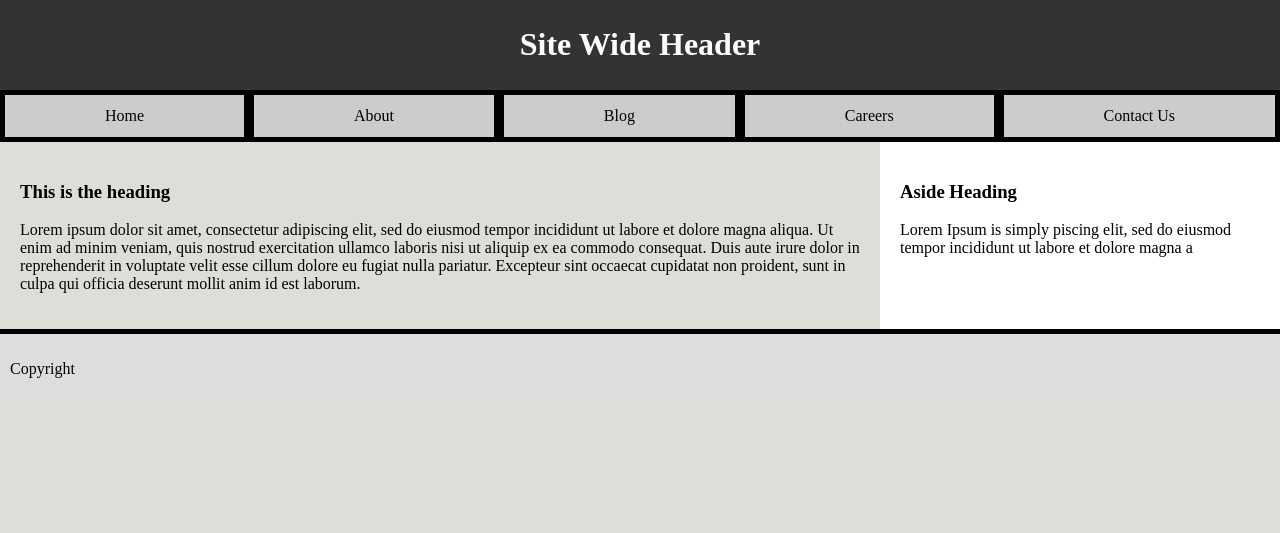
Repository: ayeza-baseer/AssignmentFlexbox
Page: assignment.html
An editor plug-in stored every save of this project. The page is shown before and after the next save, followed by the edit.
The browser window is 1280 px wide. The pictures show the whole page.

Above is the page before, as saved 2023-03-17 15:10:42.

After the next save:
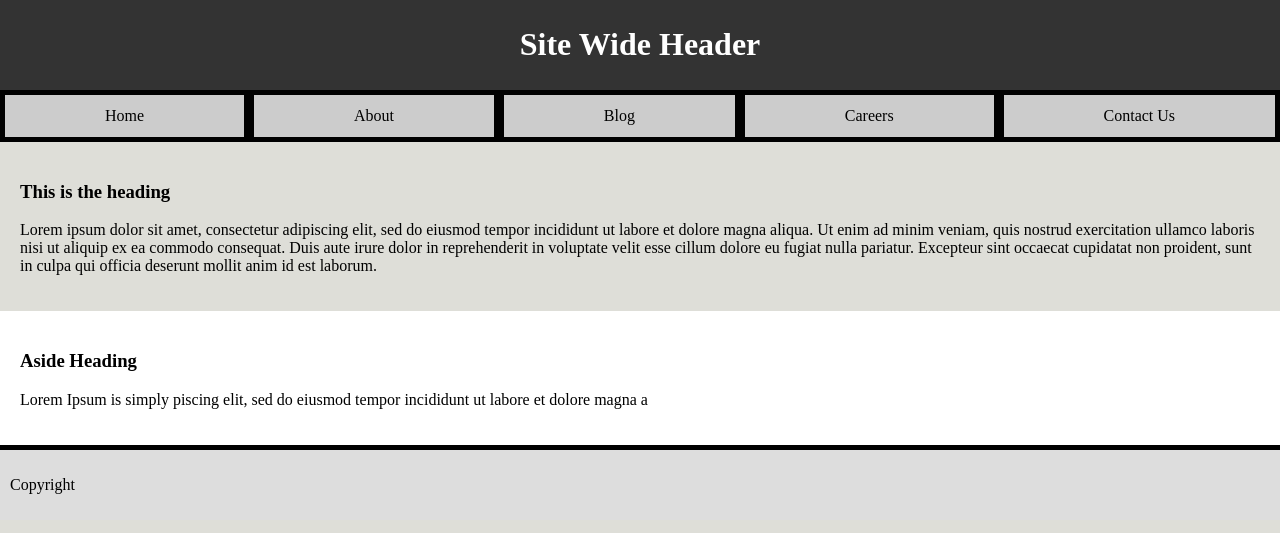
Saved 39 min 42 s later.
--- a/assignment.css
+++ b/assignment.css
@@ -36,7 +36,7 @@ body {
 
 .row {
   display: flex;
-  flex-direction: row;
+  flex-wrap:wrap
 }
 
 .aside {
